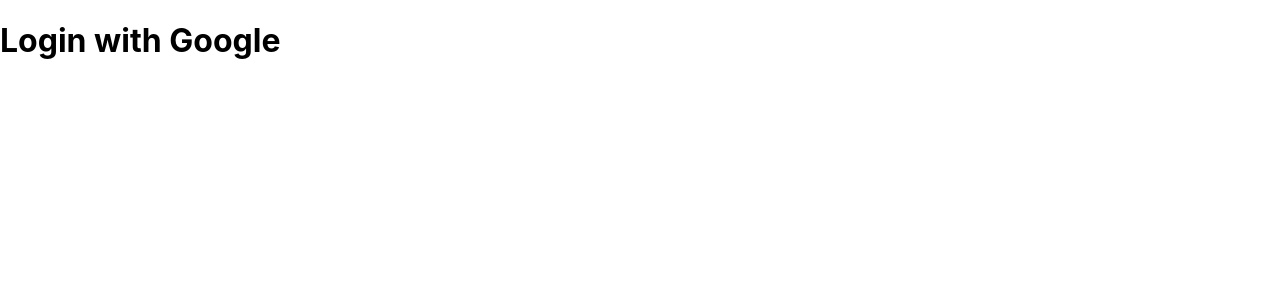
Repository: ashwinsasikumar/ps_school_mapping
Page: / (app in client/)
These files come from the project's save history. The page is drawn as it stood at one moment and after the next save; the edit follows.
The browser window is 1280 px wide. The pictures show the whole page.
The project was rebuilt for these pictures with package versions that can differ from the ones it lists, and the page was loaded fresh each time.

Above is the page before, as saved 2025-07-23 15:40:40.

### client/src/index.js
import React from 'react';
import ReactDOM from 'react-dom/client';
import './index.css';
import App from '../src/layouts/App';
import reportWebVitals from './reportWebVitals';
import { BrowserRouter } from 'react-router-dom';

const root = ReactDOM.createRoot(document.getElementById('root'));
root.render(
  <BrowserRouter>
    <React.StrictMode>
    <App />
  </React.StrictMode>
  </BrowserRouter>
);

// If you want to start measuring performance in your app, pass a function
// to log results (for example: reportWebVitals(console.log))
// or send to an analytics endpoint. Learn more: https://bit.ly/CRA-vitals
reportWebVitals();

### client/src/layouts/App.js
import LoginPage from "../pages/LoginPage/page/login";

function App() {
  return (
    <div className="App">
    <LoginPage />
    </div>
  );
}

export default App;

### client/src/pages/LoginPage/page/login.jsx
import React, { useEffect } from "react";
import { useNavigate } from "react-router-dom";

const clientId = "752285667406-lblbh1eqcu9om2dlkbm9bsc10ob4659o.apps.googleusercontent.com";

const LoginPage = ({ setUser }) => {
  const navigate = useNavigate();

  useEffect(() => {
    /* global google */
    if (window.google) {
      google.accounts.id.initialize({
        client_id: clientId,
        callback: handleGoogleResponse,
      });
      google.accounts.id.renderButton(
        document.getElementById("google-button"),
        {
          theme: "outline",
          size: "large",
        }
      );
    }
  }, []);

  const handleGoogleResponse = async (response) => {
    try {
      const token = response.credential;

      const res = await fetch("http://localhost:8000/api/google-login", {
        method: "POST",
        headers: { "Content-Type": "application/json" },
        body: JSON.stringify({ token }),
      });

      const data = await res.json();

      if (res.ok) {
        setUser(data.user);
        localStorage.setItem("user", JSON.stringify(data.user));

        const role = data.user.role.toLowerCase();
        if (role === "admin") {
          navigate("/admin");
        } else if (role === "faculty") {
          navigate("/faculty");
        }
      } else {
        alert(data.message || "Login failed");
      }
    } catch (error) {
      console.error(error);
      alert("Login error");
    }
  };

  return (
    <div>
      <h1>Login with Google</h1>
      <div id="google-button"></div>
    </div>
  );
};

export default LoginPage;

Loaded but not shown: client/public/index.html (common file); client/src/index.css (common file); client/src/reportWebVitals.js (common file)

After the next save:
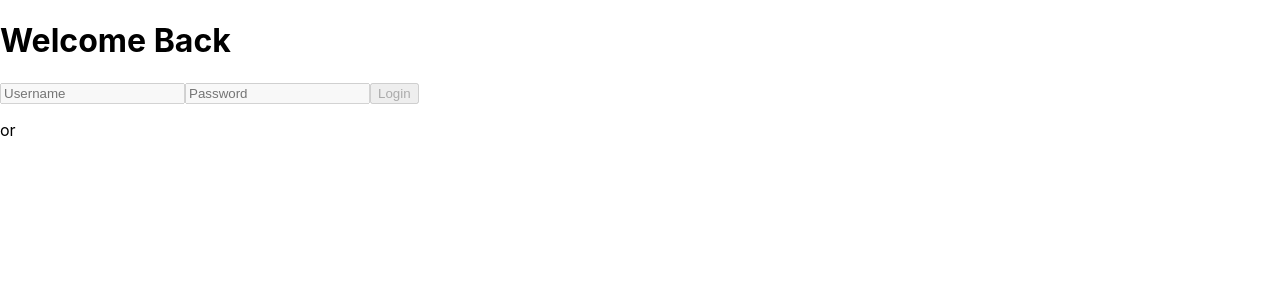
Saved 27 s later.
--- a/client/src/pages/LoginPage/page/login.jsx
+++ b/client/src/pages/LoginPage/page/login.jsx
@@ -1,10 +1,12 @@
-import React, { useEffect } from "react";
+import React, { useEffect, useState } from "react";
 import { useNavigate } from "react-router-dom";
 
 const clientId = "752285667406-lblbh1eqcu9om2dlkbm9bsc10ob4659o.apps.googleusercontent.com";
 
 const LoginPage = ({ setUser }) => {
   const navigate = useNavigate();
+  const [username, setUsername] = useState("");
+  const [password, setPassword] = useState("");
 
   useEffect(() => {
     /* global google */
@@ -15,10 +17,7 @@
       });
       google.accounts.id.renderButton(
         document.getElementById("google-button"),
-        {
-          theme: "outline",
-          size: "large",
-        }
+        { theme: "outline", size: "large", width: 280 }
       );
     }
   }, []);
@@ -54,10 +53,45 @@
     }
   };
 
+  // Dummy submit handler, does nothing
+  const onSubmit = (e) => {
+    e.preventDefault();
+  };
+
   return (
-    <div>
-      <h1>Login with Google</h1>
-      <div id="google-button"></div>
+    <div className="min-h-screen flex items-center justify-center bg-gradient-to-r from-blue-200 to-blue-400">
+      <div className="bg-white p-10 rounded-lg shadow-lg w-full max-w-md">
+        <h1 className="text-3xl font-semibold mb-8 text-center text-blue-700">Welcome Back</h1>
+        <form onSubmit={onSubmit} className="space-y-6">
+          <input
+            type="text"
+            placeholder="Username"
+            className="w-full px-4 py-3 border border-gray-300 rounded-md focus:outline-none focus:ring-2 focus:ring-blue-400"
+            value={username}
+            onChange={(e) => setUsername(e.target.value)}
+            disabled
+          />
+          <input
+            type="password"
+            placeholder="Password"
+            className="w-full px-4 py-3 border border-gray-300 rounded-md focus:outline-none focus:ring-2 focus:ring-blue-400"
+            value={password}
+            onChange={(e) => setPassword(e.target.value)}
+            disabled
+          />
+          <button
+            type="submit"
+            disabled
+            className="w-full bg-blue-600 text-white py-3 rounded-md font-semibold cursor-not-allowed opacity-60"
+          >
+            Login
+          </button>
+        </form>
+
+        <p className="my-6 text-center text-gray-500 font-medium">or</p>
+
+        <div id="google-button" className="flex justify-center"></div>
+      </div>
     </div>
   );
 };
